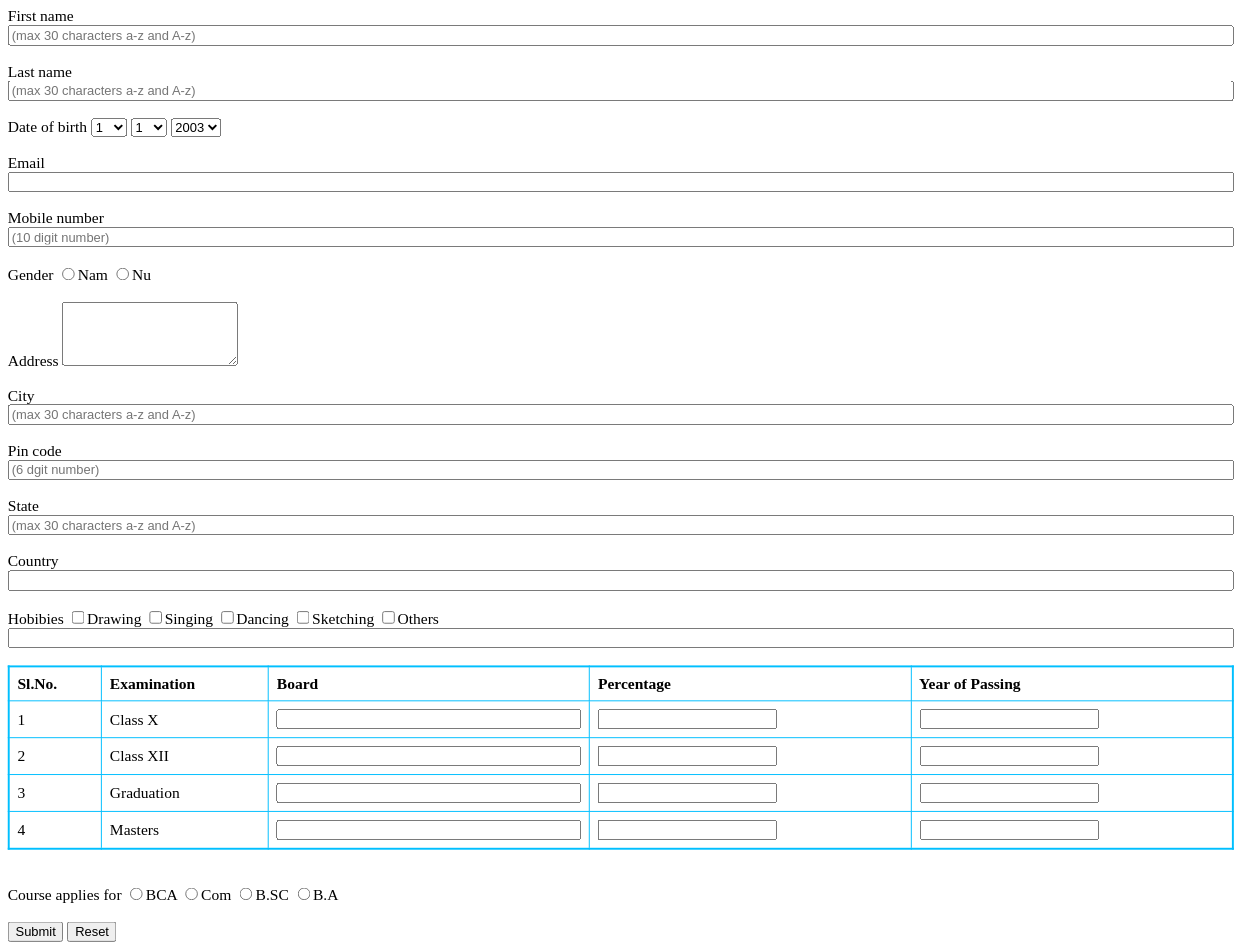
Repository: Knguyen2003/Spring
Page: http://localhost/PhanNguyenKhoiNguyen_21068021_Tuan04/StudentForm.jsp
An editor plug-in stored every save of this project. The page is shown before and after the next save, followed by the edit.
The browser window is 1280 px wide. The pictures show the whole page, at 97% of full size.
The page is served by Tomcat 10. Other server files are loaded and not shown.

Above is the page before, as saved 2024-09-11 10:25:49.

### JavaServlet/Tuan4/PhanNguyenKhoiNguyen_21068021_Tuan04/src/main/webapp/StudentForm.jsp
<%@ page language="java" contentType="text/html; charset=ISO-8859-1"
	pageEncoding="ISO-8859-1"%>
<!DOCTYPE html>
<html>
<head>
<meta charset="ISO-8859-1">
<title>Insert title here</title>
<style>
        table {
            width: 100%;
            border-collapse: collapse;
            border: 2px solid #00BFFF; /* Màu của đường viền */
        }
        th, td {
            border: 1px solid #00BFFF;
            padding: 8px;
            text-align: left;
        }
        input[type="text"] {
            width: 100%; /* Đảm bảo input chiếm hết không gian của ô */
            box-sizing: border-box; /* Đảm bảo padding không làm rộng input quá kích thước đã định */
        }
        input.short-input { /* Đối với input của cột Year of Passing và Percentage */
            width: auto; /* Để input không chiếm hết không gian */
        }
    </style>
</head>
<body>

	<form action="StudentSevlet" method="post">

		<label>First name</label> <input type="text" name="txtFirstName"
			maxlength="30" placeholder="(max 30 characters a-z and A-z)">
		<br> <br> <label>Last name</label> <input type="text"
			name="txtLastName" maxlength="30"
			placeholder="(max 30 characters a-z and A-z)"><br> <br>
		<label>Date of birth</label> <select id="ngay" name="day">
			<option value="01">1</option>
			<option value="02">2</option>
			<option value="03">3</option>
			<option value="04">4</option>
			<option value="05">5</option>
			<option value="06">6</option>
			<option value="07">7</option>
			<option value="08">8</option>
			<option value="09">9</option>
			<option value="10">10</option>
		</select> <select id="thang" name="month">
			<option value="01">1</option>
			<option value="02">2</option>
			<option value="03">3</option>
			<option value="04">4</option>
			<option value="05">5</option>
			<option value="06">6</option>
			<option value="07">7</option>
			<option value="08">8</option>
			<option value="09">9</option>
			<option value="10">10</option>
			<option value="11">11</option>
			<option value="12">12</option>
		</select> <select id="name" name="year">
			<option value="2003">2003</option>
			<option value="2004">2004</option>
			<option value="2005">2005</option>
			<option value="2006">2006</option>
		</select><br> <br> <label>Email</label> <input type="text"
			name="txtEmail" maxlength="30"><br> <br> <label>Mobile
			number</label> <input type="text" name="txtPhone" maxlength="30"
			placeholder="(10 digit number)"><br> <br> <label>Gender</label>
		<label><input type="radio" name="gioitinh" value="nam"
			required>Nam</label> <label><input type="radio"
			name="gioitinh" value="nu">Nu</label><br> <br> <label>Address</label>
		<textarea rows="4" cols="20" name="txtAddress"></textarea>
		<br> <br> <label>City</label> <input type="text"
			name="txtCity" maxlength="30"
			placeholder="(max 30 characters a-z and A-z)"><br> <br>
		<label>Pin code</label> <input type="text" name="txtPincode"
			maxlength="30" placeholder="(6 dgit number)"><br> <br>
		<label>State</label> <input type="text" name="txtState" maxlength="30"
			placeholder="(max 30 characters a-z and A-z)"><br> <br>
		<label>Country</label> <input type="text" name="txtCountry"
			maxlength="30"><br> <br> <label>Hobibies</label> <label><input
			type="checkbox" name="hobbies" value="Drawing">Drawing</label> <label><input
			type="checkbox" name="hobbies" value="Singing">Singing</label> <label><input
			type="checkbox" name="hobbies" value="Dancing">Dancing</label> <label><input
			type="checkbox" name="hobbies" value="Sketching">Sketching</label> <label><input
			type="checkbox" name="hobbies" value="Others">Others</label> <input
			type="text" name="other" maxlength="30"> <br> <br>
		<table>
			<thead>
				<tr>
					<th>Sl.No.</th>
					<th>Examination</th>
					<th>Board</th>
					<th>Percentage</th>
					<th>Year of Passing</th>
				</tr>
			</thead>
			<tbody>
				<tr>
					<td>1</td>
					<td>Class X</td>
					<td><input type="text" maxlength="10"></td>
					<td><input type="text" class="short-input" maxlength="5"></td>
					<td><input type="text" class="short-input" maxlength="4"></td>
				</tr>
				<tr>
					<td>2</td>
					<td>Class XII</td>
					<td><input type="text" maxlength="10"></td>
					<td><input type="text" class="short-input" maxlength="5"></td>
					<td><input type="text" class="short-input" maxlength="4"></td>
				</tr>
				<tr>
					<td>3</td>
					<td>Graduation</td>
					<td><input type="text" maxlength="10"></td>
					<td><input type="text" class="short-input" maxlength="5"></td>
					<td><input type="text" class="short-input" maxlength="4"></td>
				</tr>
				<tr>
					<td>4</td>
					<td>Masters</td>
					<td><input type="text" maxlength="10"></td>
					<td><input type="text" class="short-input" maxlength="5"></td>
					<td><input type="text" class="short-input" maxlength="4"></td>
				</tr>
			</tbody>
		</table>

		<br> <br> <label>Course applies for</label> <label><input
			type="radio" name="course" value="BCA" required>BCA</label> <label><input
			type="radio" name="course" value="Com">Com</label> <label><input
			type="radio" name="course" value="B.SC" required>B.SC</label> <label><input
			type="radio" name="course" value="B.A">B.A</label><br> <br>
		<input type="submit" value="Submit"> <input type="reset"
			value="Reset">

	</form>


</body>
</html>

After the next save:
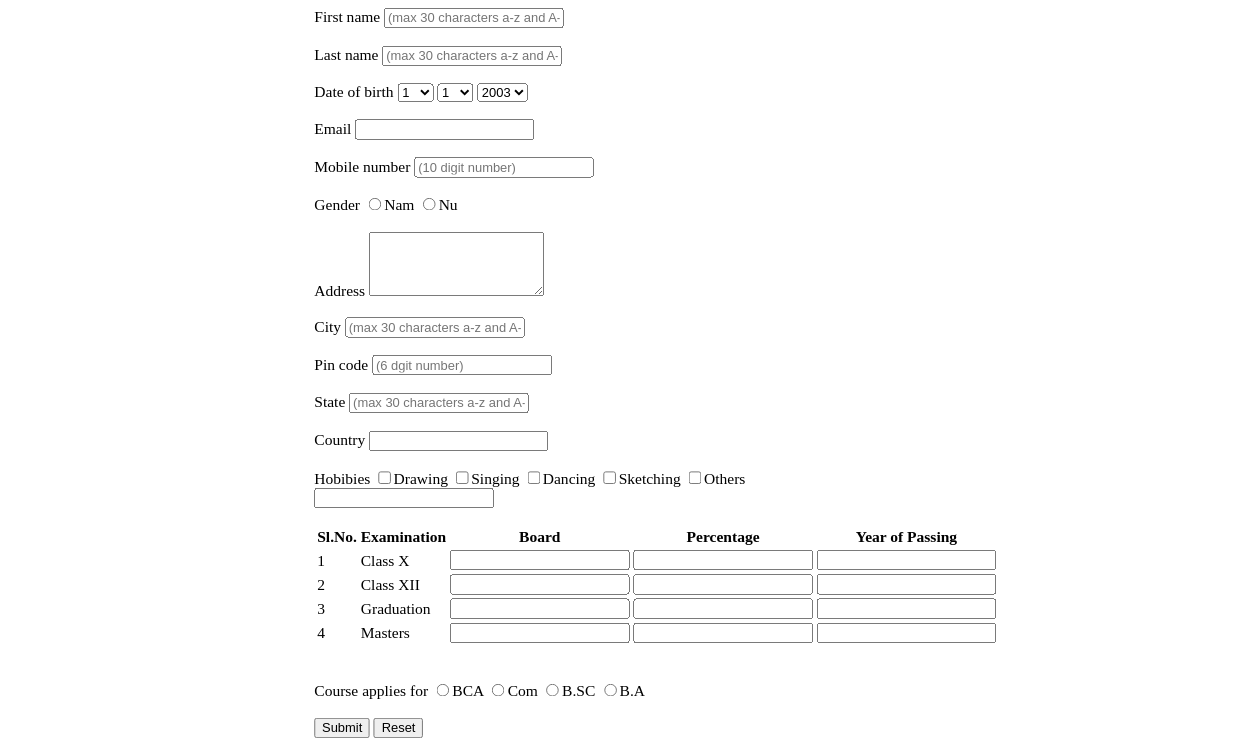
Saved 35 s later.
--- a/JavaServlet/Tuan4/PhanNguyenKhoiNguyen_21068021_Tuan04/src/main/webapp/StudentForm.jsp
+++ b/JavaServlet/Tuan4/PhanNguyenKhoiNguyen_21068021_Tuan04/src/main/webapp/StudentForm.jsp
@@ -6,24 +6,11 @@
 <meta charset="ISO-8859-1">
 <title>Insert title here</title>
 <style>
-        table {
-            width: 100%;
-            border-collapse: collapse;
-            border: 2px solid #00BFFF; /* Màu của đường viền */
-        }
-        th, td {
-            border: 1px solid #00BFFF;
-            padding: 8px;
-            text-align: left;
-        }
-        input[type="text"] {
-            width: 100%; /* Đảm bảo input chiếm hết không gian của ô */
-            box-sizing: border-box; /* Đảm bảo padding không làm rộng input quá kích thước đã định */
-        }
-        input.short-input { /* Đối với input của cột Year of Passing và Percentage */
-            width: auto; /* Để input không chiếm hết không gian */
-        }
-    </style>
+form {
+	width: 50%;
+	margin: 0 auto;
+}
+</style>
 </head>
 <body>
 
